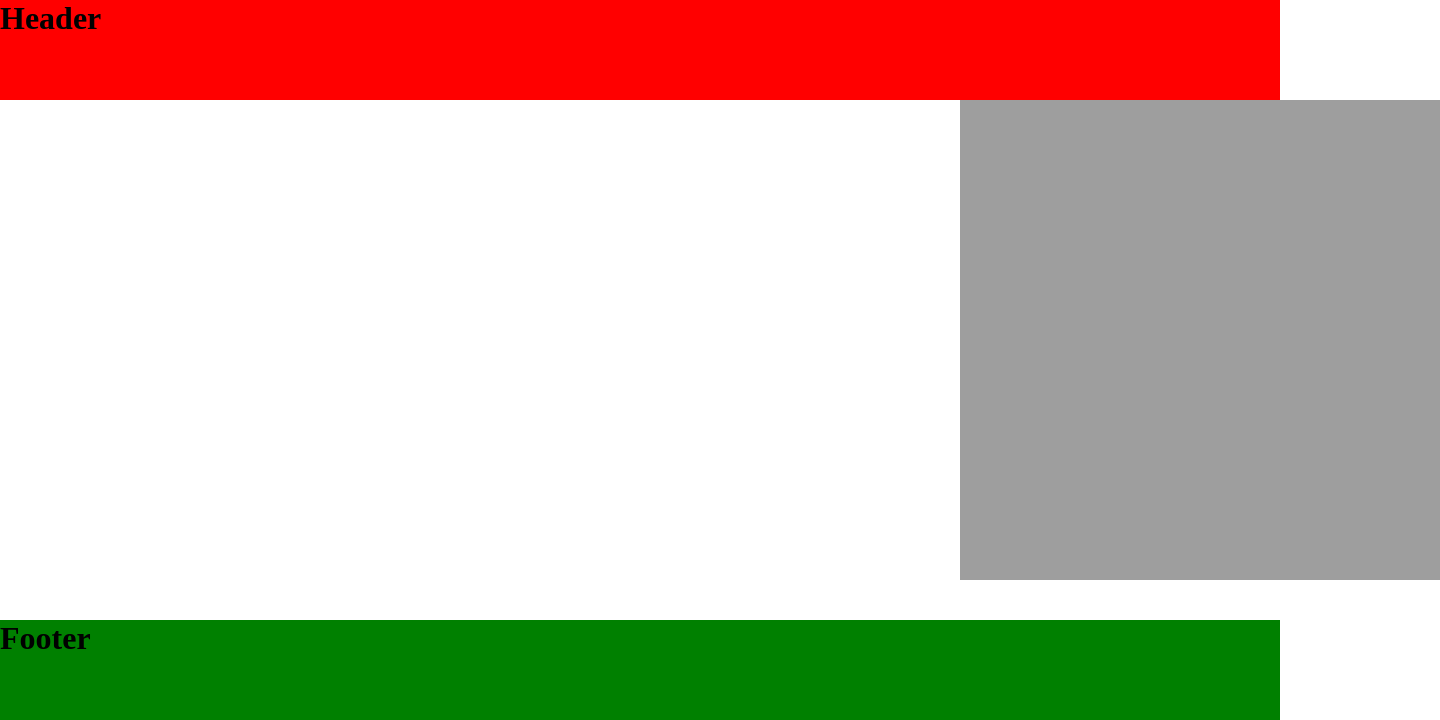
Repository: jameswilky/chess
Page: index.html
These files come from the project's save history. The page is drawn as it stood at one moment and after the next save; the edit follows.
The browser window is 1280 px wide. The page is 1440 px wide, then 1280 px, so the pictures cover 1440 px, including what lies to the right of the window. The pictures show the whole page.

Above is the page before, as saved 2018-11-22 08:31:23.

### index.html
<!DOCTYPE html>
<html>

<head>
    <meta charset="utf-8" />
    <title>Chess</title>
    <link href="style.css" rel="stylesheet">
</head>

<body>

    <div class="wrapper">
        <header>
            <h1>Header</h1>

        </header>
    </div>
    <div class="main">
        <div class="game">
            <canvas id="board"></canvas>
            <canvas id="markers"></canvas>
            <canvas id="chessmen_layer"></canvas>
        </div>
    </div>
    <footer>
        <h1>Footer</h1>
    </footer>
    </div>





</body>

<script src="board.js"></script>
<script src="chessmen.js"></script>
<script src="mouse.js"></script>
<script src="game.js"></script>

</html>

### style.css
* {
  padding: 0;
  margin: 0;
}

.main{
 position: absolute;
 top: 100px;
 bottom: 100px;
 right: 25%;
}

.game{
  position: absolute;
  height: 480px;
  width: 480px;
}

#board {
  left : 0; z-index:0; position: absolute;
}

#markers {
  left : 0; z-index:0; position: absolute;
}

#chessmen_layer {
 left : 0; z-index:1; position: absolute;
}

header{
  position: absolute;
  background-color: red;
  top:0;
  right: 0;
  left: 0;
  height: 100px;
}

footer{
  position: absolute;
  z-index: 3;
  right: 0;
  left: 0;
  background-color: green;
  height: 100px;
  bottom: 0;
}

### board.js
//Define globals
const WIDTH = 480;
const HEIGHT = 480;
const N = 8;
const TILE_SIZE = HEIGHT / N; // 60

//Define board canvas
const board = document.getElementById("board");
const board_ctx = board.getContext("2d");
board.height = HEIGHT;
board.width = WIDTH;
let primary_color = "#a87e2b";
let secondary_color = "#ffdf9e";

//Define marker layer
const markers = document.getElementById("markers");
const markers_ctx = markers.getContext("2d");
markers.height = HEIGHT;
markers.width = WIDTH;

//Define chessmen layer
const chessmen_layer = document.getElementById("chessmen_layer");
const chessmen_ctx = chessmen_layer.getContext("2d");
chessmen_layer.height = HEIGHT;
chessmen_layer.width = WIDTH;

//Used for drawing
function drawRect(ctx, x, y, color) {
  ctx.beginPath();
  ctx.rect(x, y, TILE_SIZE, TILE_SIZE);
  ctx.fillStyle = color;
  ctx.fill();
  ctx.closePath();
}

function initialize_board() {
  // Initialize graphical and logical board
  let i, j, x, y = 0;
  let prev_color;
  for (i = 0; i < N; i++) {
    y = TILE_SIZE * i;
    if (i % 2 == 0) { //If even, start with a black grid
      prev_color = secondary_color;
    }
    else { //If odd, start with a #ffcf7c grid
      prev_color = primary_color;
    }
    for (j = 0; j < N; j++) {
      x = TILE_SIZE * j;

      if (prev_color == primary_color) { //If last block black, make this block #ffcf7c
        prev_color = secondary_color;
      }
      else if (prev_color == secondary_color) { //If last block #ffcf7c, make this block black
        prev_color = primary_color;
      }
      drawRect(board_ctx, x, y, prev_color);

    }
  }
}

### chessmen.js
let chessmen = []; // Hold living chest piece objects

// Populate list of current chess pieces
function init_chessmen(items) {
  for (let id = 0; id < items.length; id++) {
    chessmen[id] = new Chessman(id, items[id].type, items[id].row, items[id].col, items[id].faction);
    chessmen[id].render(chessmen_ctx);
  }
}

//Chest piece constructor
function Chessman(id, type, row, col, faction) {
  this.name = type + "_" + faction + "_" + id;
  this.id = id;
  this.type = type;
  this.position = {
    logical: { col: col, row: row },
    graphical: { //calculate position of chest piece
      x: (col * TILE_SIZE), y: (row * TILE_SIZE)
    }
  }
  this.faction = faction;
  this.sprite = "/images/" + type + "_" + faction + ".png";
  this.options = []; // holds objects containing possible locations to move
  this.render = function () {
    //Draws the chest piece
    let img = new Image();
    let x = this.position.graphical.x;
    let y = this.position.graphical.y;
    console.log(x, y)

    img.onload = function () {
      //Loads when img.src is called
      chessmen_ctx.beginPath();
      chessmen_ctx.drawImage(img, x, y);
      chessmen_ctx.closePath();
    }
    img.src = this.sprite;
  }
  this.derender = function () {
    chessmen_ctx.beginPath();
    chessmen_ctx.clearRect(this.position.graphical.x, this.position.graphical.y, TILE_SIZE, TILE_SIZE);
    chessmen_ctx.closePath();
  }
  this.calculate_movement_options = function () {
    //This function is used to determine the coordinates of each possible move for a selected tile
    this.options = []; //clear last options
    let j = 0;
    let i = 0; //used to iterate through list of options
    //console.log(type, faction, row, col)
    let r = this.position.logical.row;
    let c = this.position.logical.col;

    let options = this.options;

    function check_tile(row, col, diag, isPawn) {
      //diag is an optional variable for pawn sideways movement logic
      diag = diag || false;
      isPawn = isPawn || false;

      //Checks the status of the board to see if the chessman can move to selected tile

      let option = {}; //edited, used to hold {faction:faction}
      //Check tile does not exceed bounds of the board
      if (row > 7 || row < 0 || col > 7 || col < 0) {
        return false;
      }

      //Check if target tile contains a chessman of same faction
      let isFriendly = false;
      let isEnemy = false;

      chessmen.forEach(chessman => {
        if (chessman.position.logical.row == row && chessman.position.logical.col == col) { //Check if position is occupied
          if (chessman.faction == faction) {
            isFriendly = true;
          }
          else { //tile is occupied by enemy
            isEnemy = true;
          }
          option.contains = chessman;
        }
      })

      //pawn logic
      if (diag && isEnemy) {
        option.row = row;
        option.col = col;
        options[i] = option;
        i++;
      }
      if (diag && !isEnemy) {
        return
      }

      //if tile does not contain friendly chessmen, or if its an enemy create new option
      if (!isFriendly || isEnemy) {
        option.row = row;
        option.col = col;
        options[i] = option;
        i++;
      }
      return isFriendly || isEnemy;

    }

    if (this.type == "pawn") {
      if (this.faction == "black") {
        check_tile(r + 1, c);//south
        check_tile(r + 1, c + 1, true) // south East
        check_tile(r + 1, c - 1, true) //south West
        if (this.nMoves == 0) {
          check_tile(r + 2, c); //Extra move on first turn
        }
      }
      if (this.faction == "white") {
        check_tile(r - 1, c); //north
        check_tile(r - 1, c + 1, true) // North East
        check_tile(r - 1, c - 1, true) //North West
        if (this.nMoves == 0) {
          check_tile(r - 2, c); //Extra move on first turn
        }
      }
    }
    if (this.type == "rook") {
      for (j = 0; j < N; j++) {// South
        if (check_tile(r + j + 1, c) == true) break
      }
      for (j = 0; j < N; j++) {// East
        if (check_tile(r, c + j + 1) == true) break
      }
      for (j = 0; j < N; j++) {// North
        if (check_tile(r - j - 1, c) == true) break
      }
      for (j = 0; j < N; j++) {// West
        if (check_tile(r, c - j - 1) == true) break
      }
    }
    if (this.type == "bishop") {
      for (j = 0; j < N; j++) { // South East
        if (check_tile(r + 1 + j, c + 1 + j) == true) break
      }
      for (j = 0; j < N; j++) { // South West
        if (check_tile(r + 1 + j, c - 1 - j) == true) break
      }
      for (j = 0; j < N; j++) { // North East
        if (check_tile(r - 1 - j, c + 1 + j) == true) break
      }
      for (j = 0; j < N; j++) { // North west
        if (check_tile(r - 1 - j, c - 1 - j) == true) break
      }
    }
    if (this.type == "queen") {
      for (j = 0; j < N; j++) { // South East
        if (check_tile(r + 1 + j, c + 1 + j) == true) break
      }
      for (j = 0; j < N; j++) { // South West
        if (check_tile(r + 1 + j, c - 1 - j) == true) break
      }
      for (j = 0; j < N; j++) { // North East
        if (check_tile(r - 1 - j, c + 1 + j) == true) break
      }
      for (j = 0; j < N; j++) { // North west
        if (check_tile(r - 1 - j, c - 1 - j) == true) break
      }
      for (j = 0; j < N; j++) {// South
        if (check_tile(r + j + 1, c) == true) break
      }
      for (j = 0; j < N; j++) {// East
        if (check_tile(r, c + j + 1) == true) break
      }
      for (j = 0; j < N; j++) {// North
        if (check_tile(r - j - 1, c) == true) break
      }
      for (j = 0; j < N; j++) {// West
        if (check_tile(r, c - j - 1) == true) break
      }
    }
    if (this.type == "king") {
      check_tile(r + 1, c + 1) //South East
      check_tile(r + 1, c - 1) //South West
      check_tile(r - 1, c + 1) // North East
      check_tile(r - 1, c - 1) //North West
      check_tile(r + 1, c) //south
      check_tile(r, c + 1) //east
      check_tile(r - 1, c) //north
      check_tile(r, c - 1) //west

    }
    if (this.type == "knight") {
      // Check each tile in clockwise order
      check_tile(r - 2, c + 1)
      check_tile(r - 1, c + 2)
      check_tile(r + 1, c + 2)
      check_tile(r + 2, c + 1)
      check_tile(r + 2, c - 1)
      check_tile(r + 1, c - 2)
      check_tile(r - 1, c - 2)
      check_tile(r - 2, c - 1)
    }

    //return array of options containing locations to highlight

  }
  this.show_movement_options = function () {
    this.options.forEach(option => {
      //Represent each available movement option with a highlighted tile
      drawRect(markers_ctx, (option.col * TILE_SIZE), (option.row * TILE_SIZE), "#635e55");
    })
  }
  this.hover = false;
  this.isKing = false;
  if (this.type == "king") {
    this.isKing = true;
  }

  this.nMoves = 0;
  this.points;
  if (this.type == "king") {
    this.points = 10;
  }
  if (this.type == "queen") {
    this.points = 9;
  }
  if (this.type == "bishop") {
    this.points = 3;
  }
  if (this.type == "knight") {
    this.points = 3;
  }
  if (this.type == "rook") {
    this.points = 5;
  }
  if (this.type == "pawn") {
    this.points = 1;
  }

  //Update graphical and logical position
  this.moveTo = function (col, row) {


    function moveIsValid(r1, r2, c1, c2, options) {
      let valid = false;

      if ((r1 == r2) && (c1 == c2)) {
        // if logical position is the same, no move was made
        valid = false;
      }
      options.forEach(option => {
        if (option.row == r2 && option.col == c2) {
          //todo check faction
          valid = true;
        }
      })
      return valid
    }

    if (moveIsValid(this.position.logical.row, row, this.position.logical.col, col, this.options)) {
      //If valid, Check if enemy chessman has been killed
      //check if desination contains an enemy
      let target = chessmen.find(chessman => {
        return (chessman.position.logical.row == row && chessman.position.logical.col == col)
      })

      // then render at new position and update logical position
      //console.log("Changed position of", chessman, "from row:", chessman.position.logical.row, " col:", chessman.position.logical.col, " to row:", row, "col:", col)

      this.derender(); //De render previous position
      this.position.logical.col = col;
      this.position.logical.row = row;
      this.position.graphical.x = this.position.logical.col * TILE_SIZE;
      this.position.graphical.y = this.position.logical.row * TILE_SIZE;
      this.derender(); //remove any chess pieces
      this.render();

      //If destination contains emeny, remove it from list of active chessmen
      if (target) {
        chessmen.splice(chessmen.indexOf(target), 1);
      }

      this.nMoves++; //used to testing if pawn is moved
      // // trigger movement event
      let event = new CustomEvent('moved');
      document.dispatchEvent(event);
    }
    else {
      //re-render original position
      this.render();
    }
  }
}

// Update location of chest pieces
function render_markers() {
  //Clear all markers
  markers_ctx.clearRect(0, 0, HEIGHT, WIDTH);

  //find chessman that matches mouse location and show movement markers
  chessmen.forEach(chessman => {
    if (chessman.hover == true) {
      chessman.show_movement_options();
    }
  });


}

### mouse.js
let dragging = false;
let selector = document.createElement("img");
;

selector.ondragstart = function () {
  return false;
};

//Compare two row/col coordinates
function coordsMatch(coord, piece) {
  let xmin = piece.x;
  let xmax = piece.x + TILE_SIZE;

  let ymin = piece.y;
  let ymax = piece.y + TILE_SIZE;

  if (
    (coord.x >= xmin) &&
    (coord.x < xmax) &&
    (coord.y >= ymin) &&
    (coord.y < ymax)
  ) {
    return true
  }
}

//Listen for when we hover over a chest piece, then draw the movement options
chessmen_layer.addEventListener('mousemove', (e) => {
  if (dragging == false) {
    let pos = {
      x: e.clientX,
      y: e.clientY
    };
    //Check all chessmen and check if clicked location matches a chessman location
    chessmen.forEach(chessman => {
      if (coordsMatch(pos, chessman.position.graphical)) {
        //If true, select that chessman
        chessman.hover = true;
      }
      else {
        //Otherwise, that chessman was not selected
        chessman.hover = false;
      }
    })
    render_markers();
  }
})

//Click and drag chessmen
chessmen_layer.addEventListener('mousedown', (e) => {

  dragging = true; //stop markers rendering while dragging pieces
  let pos = {
    x: e.clientX,
    y: e.clientY
  }
  //Check all chessmen and check if clicked location matches a chessman location
  chessmen.forEach(chessman => {
    if (coordsMatch(pos, chessman.position.graphical)) {
      if (chessman.faction == "black") {
        dragging = false;
        return
      }
      //If true, derender chessman from chessman_layer, and redraw on selector layer
      chessman.derender();

      //draw selector
      selector.style.position = 'absolute';
      selector.src = chessman.sprite;
      selector.id = 'selector';
      document.body.append(selector);

      //center selector at mouse locaiton
      moveAt(pos.x, pos.y);

      function moveAt(x, y) {
        selector.style.left = x - TILE_SIZE / 2 + 'px';
        selector.style.top = y - TILE_SIZE / 2 + 'px';
      }

      function onMouseMove(moveEvent) {
        moveAt(moveEvent.clientX, moveEvent.clientY);
      }

      // selector will follow mouse on movement
      document.addEventListener('mousemove', onMouseMove);


      // drop the selector, remove unneeded handlers
      chessmen_layer.onmouseup = function (upevent) {
        document.removeEventListener('mousemove', onMouseMove);

        //clear selector
        selector.src = ""
        // console.log("before", document.getElementById('selector'))
        // document.body.removeChild(document.getElementById('selector'))
        // console.log("after", document.getElementById('selector'))

        //convert mouse pos to a row/col logical value
        let dest = {
          x: Math.trunc(upevent.clientX / TILE_SIZE),
          y: Math.trunc(upevent.clientY / TILE_SIZE)
        }

        //console.log("Event 1")
        dragging = false; // allow marker rendering to continue
        chessmen_layer.onmouseup = null;
        //Update chessman logical location and snap to grid
        chessman.moveTo(dest.x, dest.y)
      };
    }
  })
})

### game.js
//Initialize default locations
let default_locations = [
  { tile: 0, type: "rook", row: 0, col: 0, faction: "black" },
  { tile: 1, type: "knight", row: 0, col: 1, faction: "black" },
  { tile: 2, type: "bishop", row: 0, col: 2, faction: "black" },
  { tile: 3, type: "king", row: 0, col: 3, faction: "black" },
  { tile: 4, type: "queen", row: 0, col: 4, faction: "black" },
  { tile: 5, type: "bishop", row: 0, col: 5, faction: "black" },
  { tile: 6, type: "knight", row: 0, col: 6, faction: "black" },
  { tile: 7, type: "rook", row: 0, col: 7, faction: "black" },
  { tile: 8, type: "pawn", row: 1, col: 0, faction: "black" },
  { tile: 9, type: "pawn", row: 1, col: 1, faction: "black" },
  { tile: 10, type: "pawn", row: 1, col: 2, faction: "black" },
  { tile: 11, type: "pawn", row: 1, col: 3, faction: "black" },
  { tile: 12, type: "pawn", row: 1, col: 4, faction: "black" },
  { tile: 13, type: "pawn", row: 1, col: 5, faction: "black" },
  { tile: 14, type: "pawn", row: 1, col: 6, faction: "black" },
  { tile: 15, type: "pawn", row: 1, col: 7, faction: "black" },

  { tile: 48, type: "pawn", row: 6, col: 0, faction: "white" },
  { tile: 49, type: "pawn", row: 6, col: 1, faction: "white" },
  { tile: 50, type: "pawn", row: 6, col: 2, faction: "white" },
  { tile: 51, type: "pawn", row: 6, col: 3, faction: "white" },
  { tile: 52, type: "pawn", row: 6, col: 4, faction: "white" },
  { tile: 53, type: "pawn", row: 6, col: 5, faction: "white" },
  { tile: 54, type: "pawn", row: 6, col: 6, faction: "white" },
  { tile: 55, type: "pawn", row: 6, col: 7, faction: "white" },
  { tile: 56, type: "rook", row: 7, col: 0, faction: "white" },
  { tile: 57, type: "knight", row: 7, col: 1, faction: "white" },
  { tile: 58, type: "bishop", row: 7, col: 2, faction: "white" },
  { tile: 59, type: "king", row: 7, col: 3, faction: "white" },
  { tile: 60, type: "queen", row: 7, col: 4, faction: "white" },
  { tile: 61, type: "bishop", row: 7, col: 5, faction: "white" },
  { tile: 62, type: "knight", row: 7, col: 6, faction: "white" },
  { tile: 63, type: "rook", row: 7, col: 7, faction: "white" },

]

let turn = 0;
let IsWhiteTurn = false;
let IsBlackTurn = false;
let game = true;
let AIOptions = [];


function set_turn() {
  if (turn % 2 == 0) {
    IsWhiteTurn = true;
    IsBlackTurn = false;
    //console.log("White players turn")
  }
  else {
    IsBlackTurn = true;
    IsWhiteTurn = false;
    //console.log("Black players turn")
  }
  turn += 1;
}

function determineAIOptions() {
  let AIOptions = [];
  let i = 0;
  chessmen.forEach(chessman => {
    if (chessman.faction == 'black') {
      chessman.options.forEach(option => {
        let AIOption = {}; //dereference object
        AIOption.row = option.row;
        AIOption.col = option.col;
        if (option.contains) {
          AIOption.points = option.contains.points;
        }
        AIOption.chessman = chessman;
        AIOptions[i] = AIOption;
        i++;
      })
    }
  })
  return AIOptions;

}

function AIMove(options) {
  let max = 0;
  let choice = {};
  options.forEach(option => {
    if (option.points) {
      if (option.points > max) {
        max = option.points;
        choice = option;
      }
    }
  })
  if (max == 0) {
    choice = options[Math.floor(Math.random() * options.length)];  //Return a random choice
  }
  choice.chessman.moveTo(choice.col, choice.row)
  //calculate AI
}


//Set up board
initialize_board();
init_chessmen(default_locations);
chessmen.forEach(chessman => {
  chessman.calculate_movement_options();
})
set_turn();
function checkKing() {
  let kings = chessmen.filter(chessman => chessman.isKing == true)
  if (kings.length == 1) {
    alert(kings[0].faction + " Wins!!!")
  }
}

// Listen for movement
document.addEventListener('moved', function (event) {
  //check if king died last turn;
  checkKing();
  set_turn();
  //Calculate new movement positiifons
  chessmen.forEach(chessman => {
    chessman.calculate_movement_options();
  })

  if (IsBlackTurn) {
    //Run black turn AI
    chessmen.forEach(chessman => {
      chessman.calculate_movement_options(); //assign new options
    })
    AIOptions = determineAIOptions();
    AIMove(AIOptions);
  }
}, false);

After the next save:
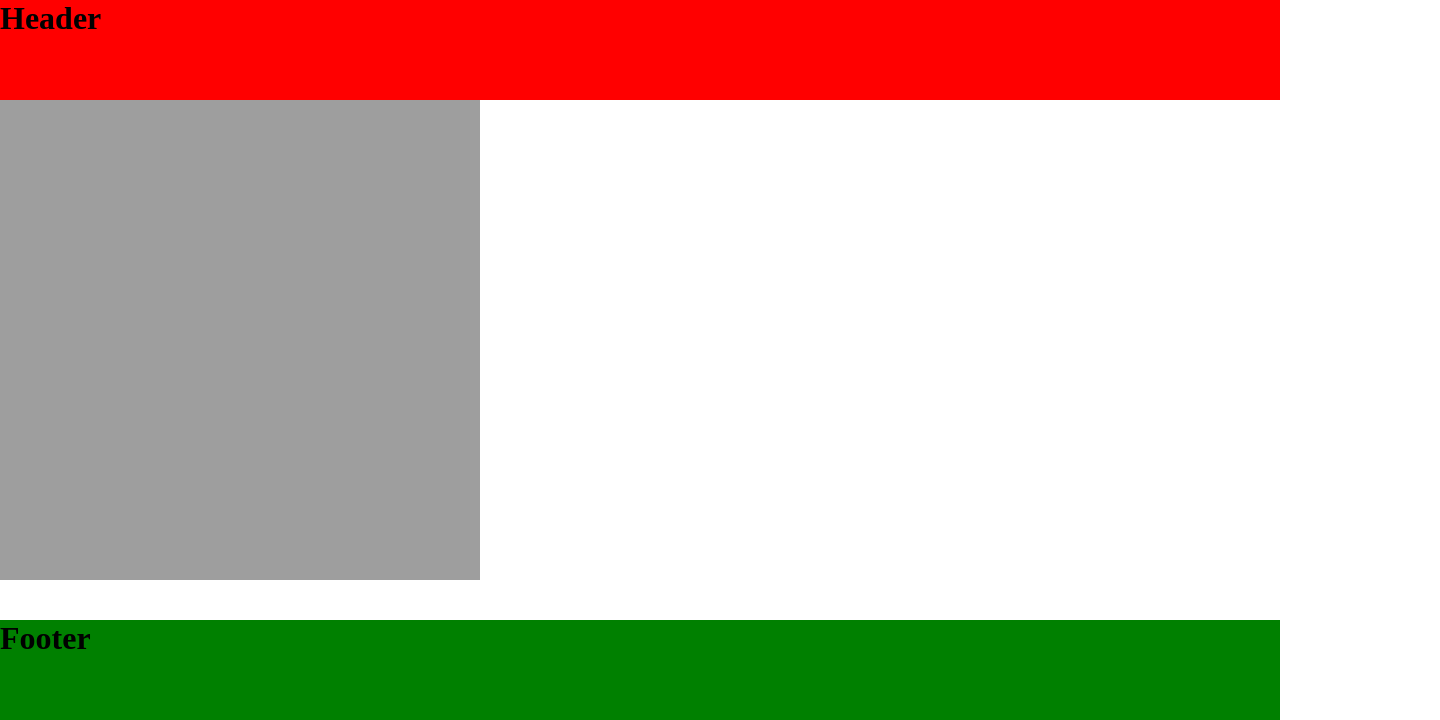
Saved 8 s later.
--- a/style.css
+++ b/style.css
@@ -7,7 +7,6 @@
  position: absolute;
  top: 100px;
  bottom: 100px;
- right: 25%;
 }
 
 .game{
